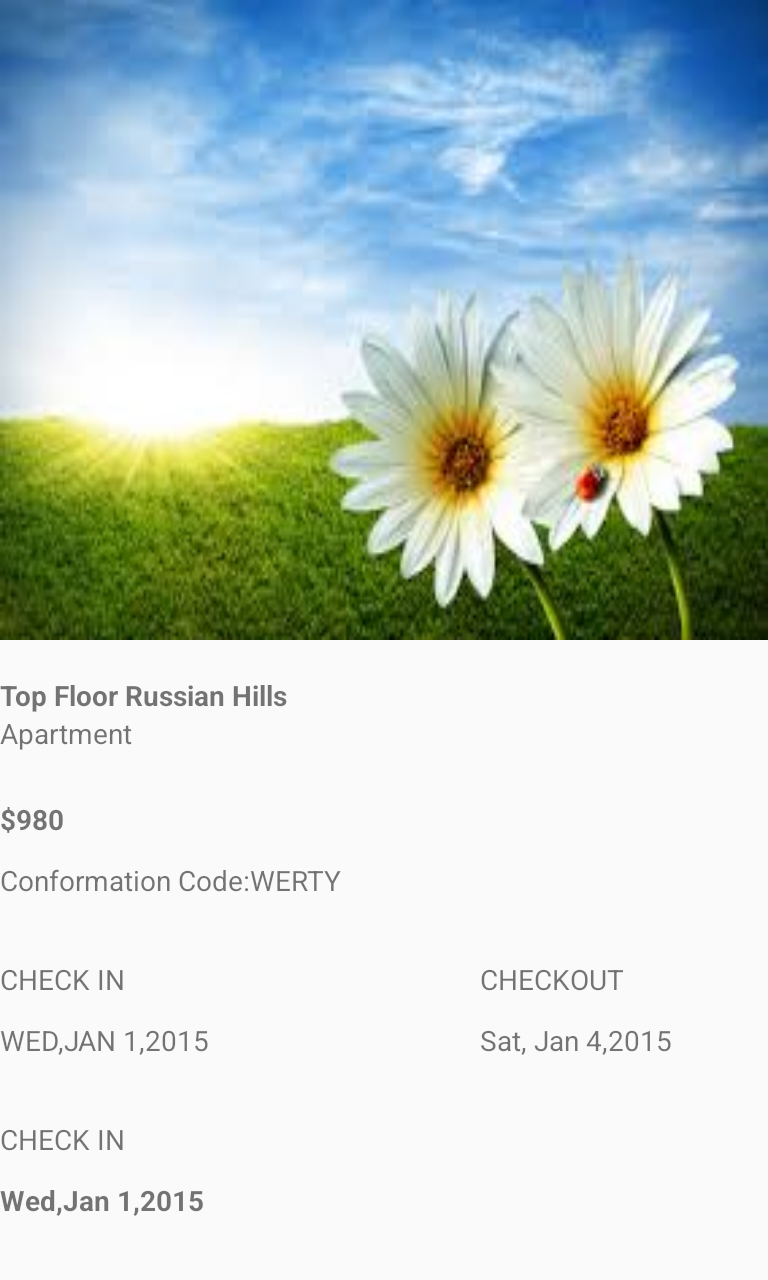
Repository: adarshnair13/my-project
Layout: example8/res/layout/activity_main.xml
An editor plug-in stored every save of this project. The layout is shown before and after the next save, followed by the edit.
It is drawn on a 768 x 1280 px phone screen (xhdpi) without system bars, with theme AppTheme; the app's code is not run.

Above is the layout before, as saved 2015-02-05 09:52:53.

### example8/res/layout/activity_main.xml
<LinearLayout xmlns:android="http://schemas.android.com/apk/res/android"
    xmlns:tools="http://schemas.android.com/tools"
    android:id="@+id/LinearLayout1"
    android:layout_width="match_parent"
    android:layout_height="match_parent"
    android:orientation="vertical"
    android:weightSum="2.0"
    tools:context="com.adarsh.example8.MainActivity" >

    <RelativeLayout
        android:layout_width="match_parent"
        android:layout_height="0dp"
        android:layout_weight="1.0"
        android:background="@drawable/imagesr" >

        <RelativeLayout
            android:layout_width="wrap_content"
            android:layout_height="wrap_content"
            android:layout_alignParentBottom="true"
            android:layout_alignParentLeft="true"
            android:background="#80000000"
            android:layout_alignParentRight="true" >

        </RelativeLayout>

    </RelativeLayout>

    <LinearLayout
        android:layout_width="match_parent"
        android:layout_height="0dp"
        android:layout_weight="1.0"
        android:orientation="vertical"
        android:weightSum="4.0" >

        <RelativeLayout
            android:layout_width="match_parent"
            android:layout_height="0dp"
            android:layout_weight="1.0" >

            <TextView
                android:id="@+id/textView1"
                android:layout_width="wrap_content"
                android:layout_height="wrap_content"
                android:layout_alignParentLeft="true"
                android:layout_alignParentTop="true"
                android:layout_marginTop="18dp"
                android:text="Top Floor Russian Hills"
                android:textStyle="bold" />

            <TextView
                android:id="@+id/textView2"
                android:layout_width="wrap_content"
                android:layout_height="wrap_content"
                android:layout_alignParentLeft="true"
                android:layout_below="@+id/textView1"
                android:text="Apartment" />
        </RelativeLayout>

        <RelativeLayout
            android:layout_width="match_parent"
            android:layout_height="0dp"
            android:layout_weight="1.0" >

            <TextView
                android:id="@+id/textView4"
                android:layout_width="match_parent"
                android:layout_height="wrap_content"
                android:layout_centerVertical="true"
                android:text="Conformation Code:WERTY" />

            <TextView
                android:id="@+id/textView3"
                android:layout_width="wrap_content"
                android:layout_height="wrap_content"
                android:layout_alignParentLeft="true"
                android:layout_alignParentTop="true"
                android:text="$980"
                android:textStyle="bold" />
        </RelativeLayout>

        <LinearLayout
            android:id="@+id/LinearLayout2"
            android:layout_width="match_parent"
            android:layout_height="0dp"
            android:layout_weight="1.0"
            android:orientation="horizontal"
            android:weightSum="2.0" >

            <RelativeLayout
                android:layout_width="0dp"
                android:layout_height="match_parent"
                android:layout_weight="1.0" >

                <TextView
                    android:id="@+id/textView7"
                    android:layout_width="wrap_content"
                    android:layout_height="wrap_content"
                    android:layout_alignParentLeft="true"
                    android:layout_alignParentTop="true"
                    android:text="CHECK IN" />

                <TextView
                    android:id="@+id/textView8"
                    android:layout_width="wrap_content"
                    android:layout_height="wrap_content"
                    android:layout_alignParentLeft="true"
                    android:layout_centerVertical="true"
                    android:text="WED,JAN 1,2015" />
            </RelativeLayout>

            <RelativeLayout
                android:layout_width="0dp"
                android:layout_height="match_parent"
                android:layout_weight="1.0" >

                <TextView
                    android:id="@+id/textView10"
                    android:layout_width="wrap_content"
                    android:layout_height="wrap_content"
                    android:layout_centerHorizontal="true"
                    android:layout_centerVertical="true"
                    android:text="Sat, Jan 4,2015" />

                <TextView
                    android:id="@+id/textView9"
                    android:layout_width="wrap_content"
                    android:layout_height="wrap_content"
                    android:layout_alignLeft="@+id/textView10"
                    android:layout_alignParentTop="true"
                    android:text="CHECKOUT" />
            </RelativeLayout>
        </LinearLayout>

        <RelativeLayout
            android:layout_width="match_parent"
            android:layout_height="0dp"
            android:layout_weight="1.0" >

            <TextView
                android:id="@+id/textView6"
                android:layout_width="match_parent"
                android:layout_height="wrap_content"
                android:layout_centerVertical="true"
                android:text="Wed,Jan 1,2015"
                android:textStyle="bold" />

            <TextView
                android:id="@+id/textView5"
                android:layout_width="wrap_content"
                android:layout_height="wrap_content"
                android:layout_alignParentLeft="true"
                android:layout_alignParentTop="true"
                android:text="CHECK IN" />
        </RelativeLayout>
    </LinearLayout>

</LinearLayout>

Loaded but not shown: example8/res/values/styles.xml (common file); example8/res/values-v11/styles.xml (common file); example8/res/values-v14/styles.xml (common file)

After the next save:
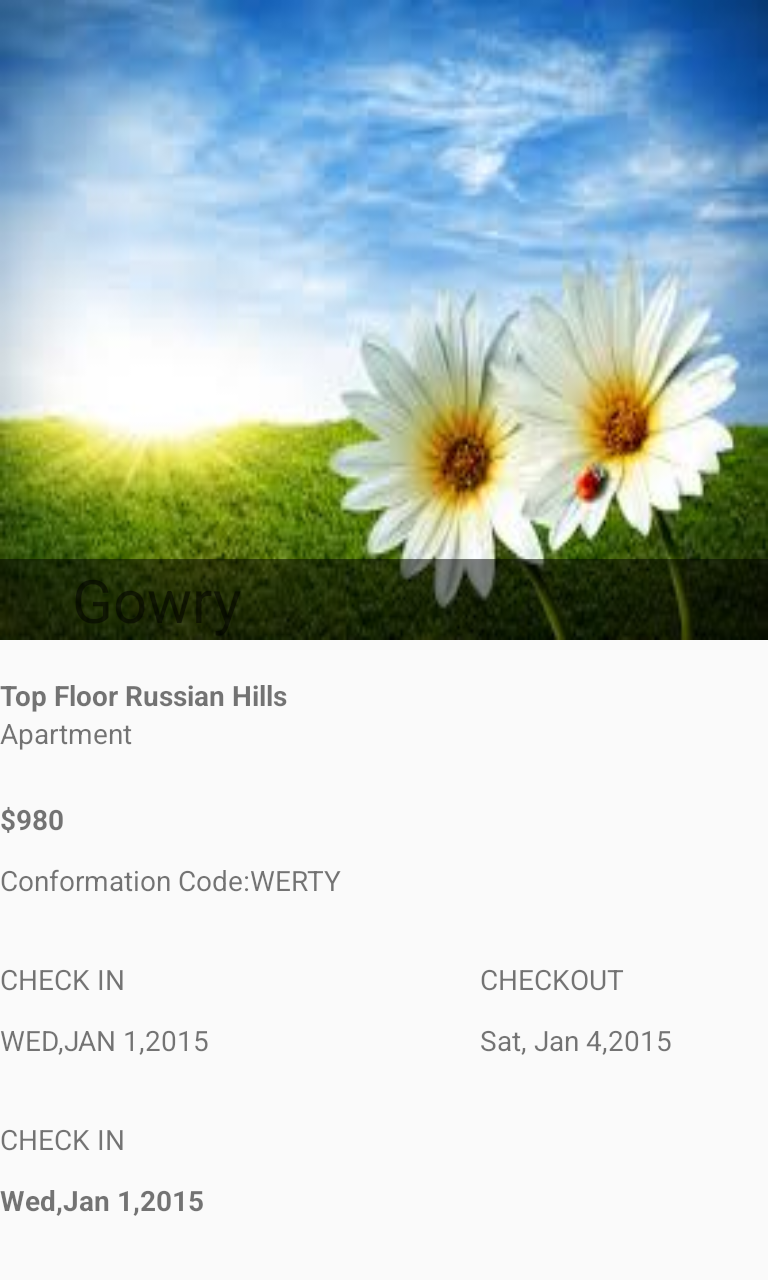
Saved 78 min 9 s later.
--- a/example8/res/layout/activity_main.xml
+++ b/example8/res/layout/activity_main.xml
@@ -20,6 +20,16 @@
             android:layout_alignParentLeft="true"
             android:background="#80000000"
             android:layout_alignParentRight="true" >
+
+            <TextView
+                android:id="@+id/textView11"
+                android:layout_width="wrap_content"
+                android:layout_height="wrap_content"
+                android:layout_alignParentLeft="true"
+                android:textSize="30dp"
+                android:layout_alignParentTop="true"
+                android:layout_marginLeft="36dp"
+                android:text="Gowry" />
 
         </RelativeLayout>
 
